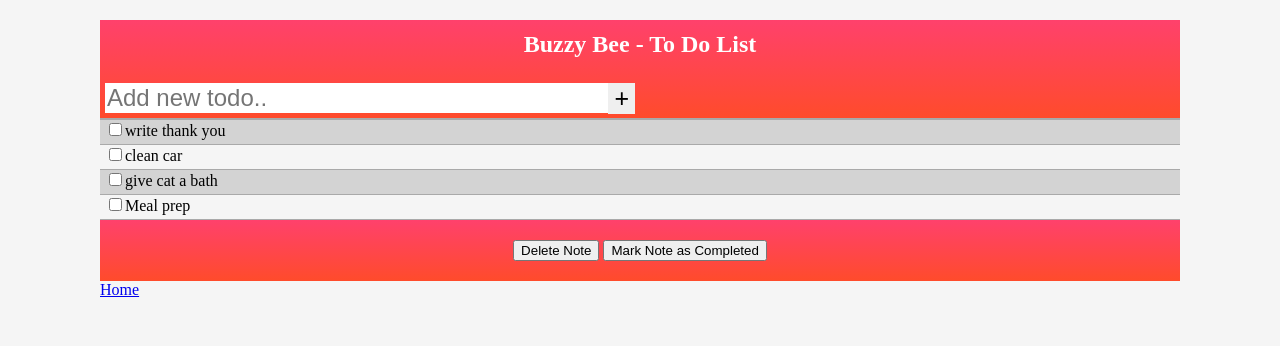
Repository: seleniadelgado/backend-spring2020-angie
Page: projects/todo/public_html/index.html
An editor plug-in stored every save of this project. The page is shown before and after the next save, followed by the edit.
The browser window is 1280 px wide. The pictures show the whole page.
The page's requests for data from a server got no answer.

Above is the page before, as saved 2020-05-12 22:15:47.

After the next save:
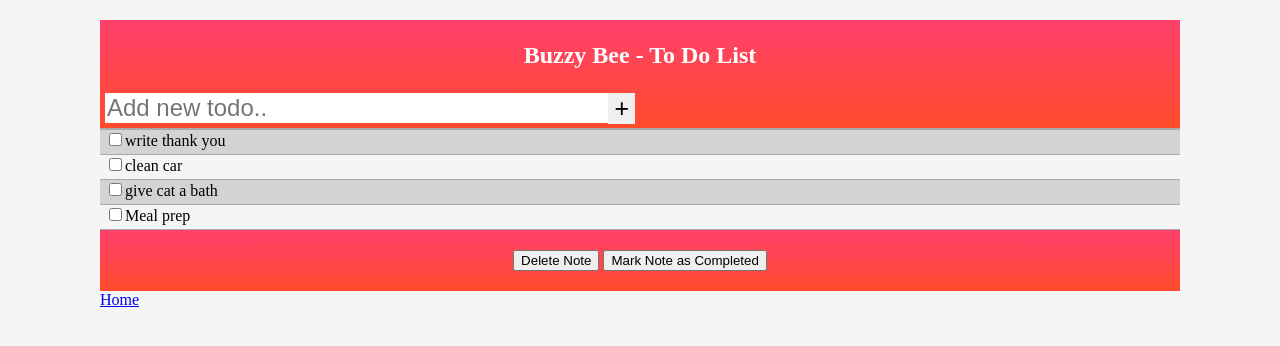
Saved 5 s later.
--- a/projects/todo/public_html/styles.css
+++ b/projects/todo/public_html/styles.css
@@ -23,7 +23,7 @@ body {
 
 .appTitle h2 {
     color: white;
-    padding-top: 1%;
+    padding-top: 2%;
 }
 #addNote {
     display: flex;
